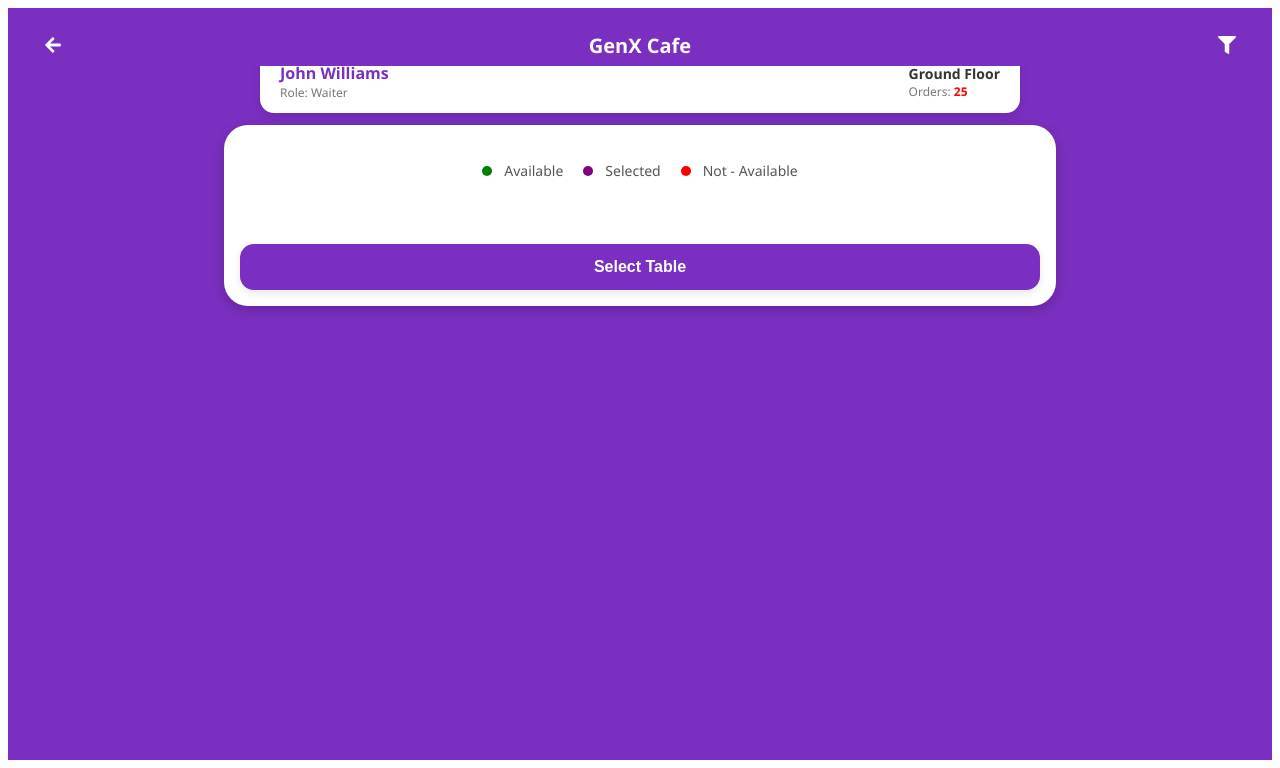
Repository: rajeshwaranslv/sturdy-spork-genx-frontend
Page: /
An editor plug-in stored every save of this project. The page is shown before and after a run of saves, followed by the edit.
The browser window is 1280 px wide. The pictures show the whole page.
The page's requests for data from a server got no answer. The project was rebuilt for these pictures with package versions that can differ from the ones it lists, and the page was loaded fresh each time. No one was signed in, and anything a server would have sent is missing. Also part of the build but not shown: src/components/menu.css, src/components/MenuSelection.js, src/components/order.css, src/components/OrderReview.js, src/components/billing.css, src/components/Billing.js, src/components/Success.js.

Above is the page before, as saved 2025-07-15 11:27:07.

After the next 2 saves:
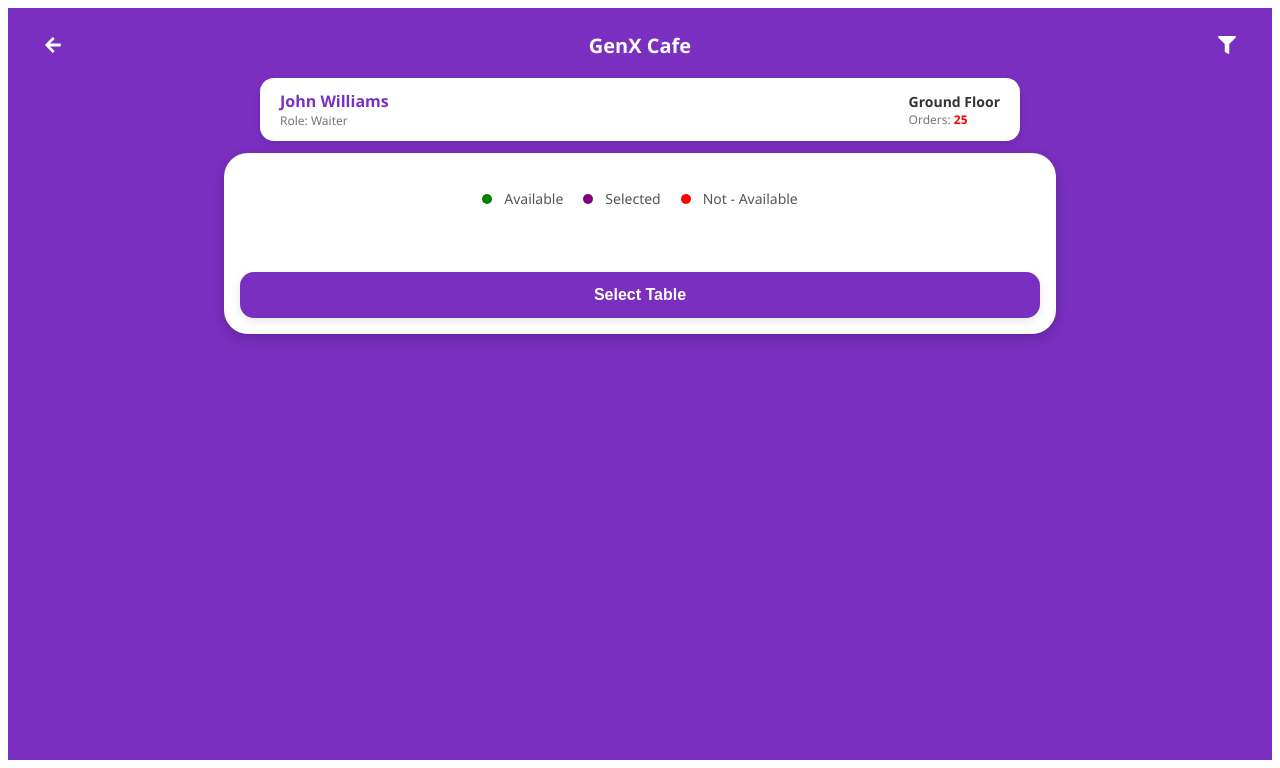
The 2 saves are shown as one change because they came seconds apart.
The last was saved 31 s later.
--- a/src/components/style.css
+++ b/src/components/style.css
@@ -44,7 +44,7 @@
   align-items: center;
   max-width: 720px;
   width: 100%;
-  margin: -28px auto 12px auto;
+  margin: 10px auto 12px auto;
   flex-wrap: wrap;
   gap: 12px;
 }
